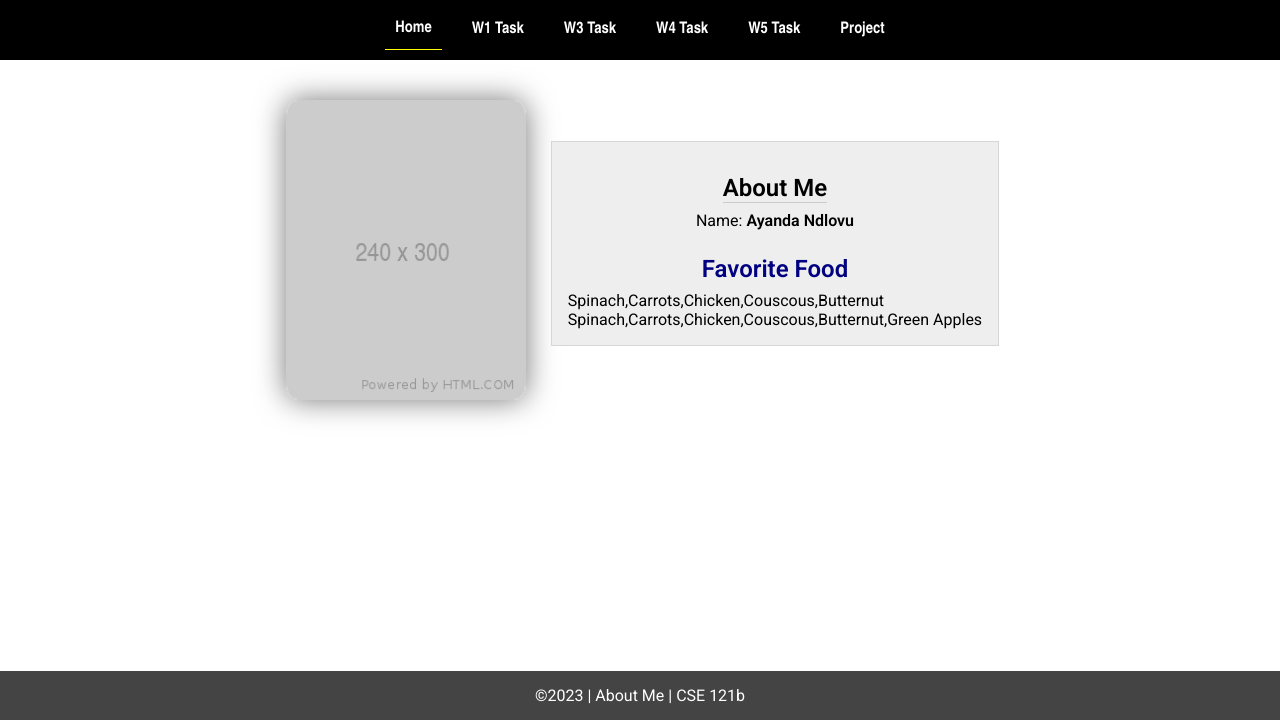
Repository: mszakutumela/cse121b
Page: index.html
These files come from the project's save history. The page is drawn as it stood at one moment and after a run of saves; the edit follows.
The browser window is 1280 px wide. The pictures show the whole page.

Above is the page before, as saved 2023-10-07 15:53:26.
Console error: ReferenceError: favouriteFoods is not defined

After the next 3 saves:
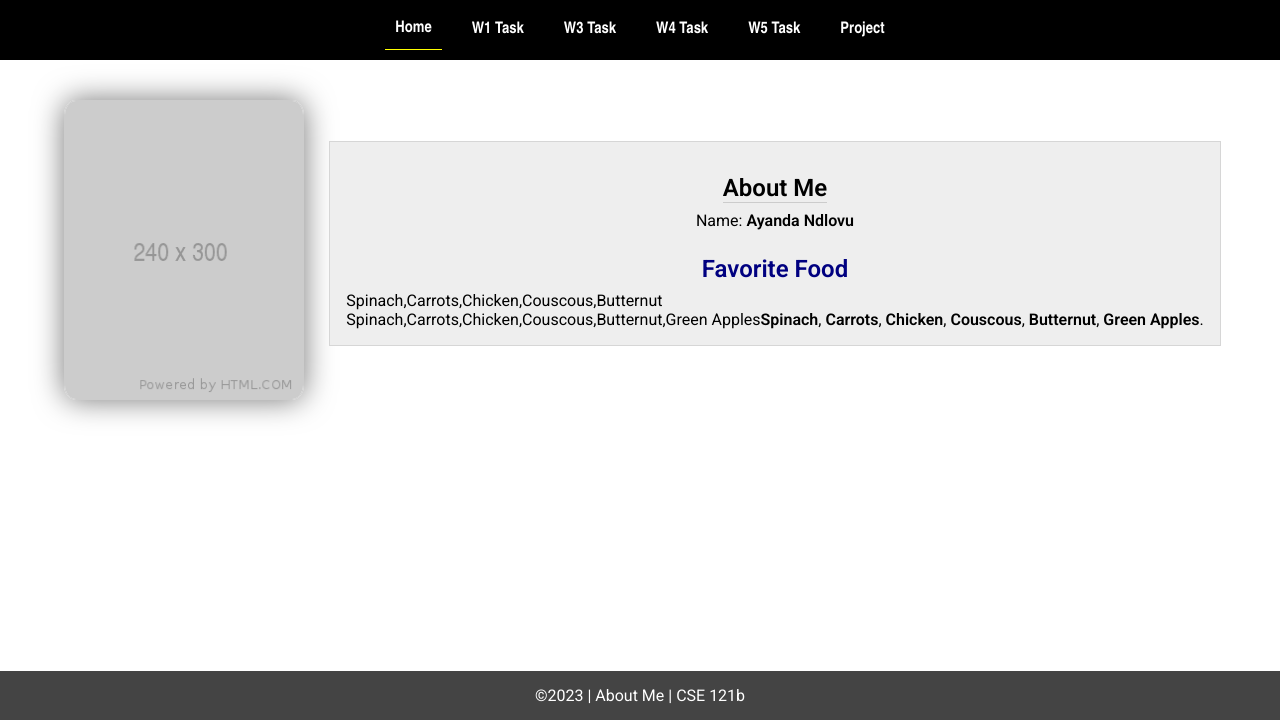
Console error: ReferenceError: array is not defined
The 3 saves are shown as one change because they came seconds apart.
The last was saved 12 s later.
--- a/scripts/w02-task.js
+++ b/scripts/w02-task.js
@@ -28,7 +28,7 @@ favoriteFoods.push(anotherSingleFood);
 foodElement.innerHTML += `<br>${favoriteFoods}`;
 
 let elements = favoriteFoods.length;
-favouriteFoods.map( (item, index)=>{
+favoriteFoods.map( (item, index)=>{
     index < elements-1 ? foodElement.innerHTML +=`<strong>${item}</strong>, `: foodElement.innerHTML +=` <strong>${item}</strong>.<br>`;
    });
 array.push(anotherFavoriteFood);
